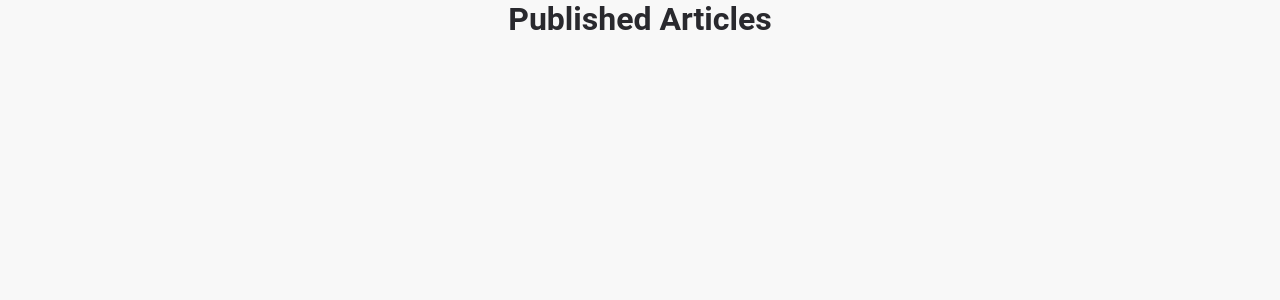
Repository: batmit/publish_articles
Page: /articles
The author's editor kept a copy of each file at every save. The page is drawn from the files as they stood at one save, then again after the next save.
The browser window is 1280 px wide. The pictures show the whole page.
The project was rebuilt for these pictures with package versions that can differ from the ones it lists, and the page was loaded fresh each time. Also part of the build but not shown: src/styles/Home.scss, src/pages/Home.tsx, src/pages/publish_articles.tsx.

Above is the page before, as saved 2021-06-28 22:01:26.

After the next save:
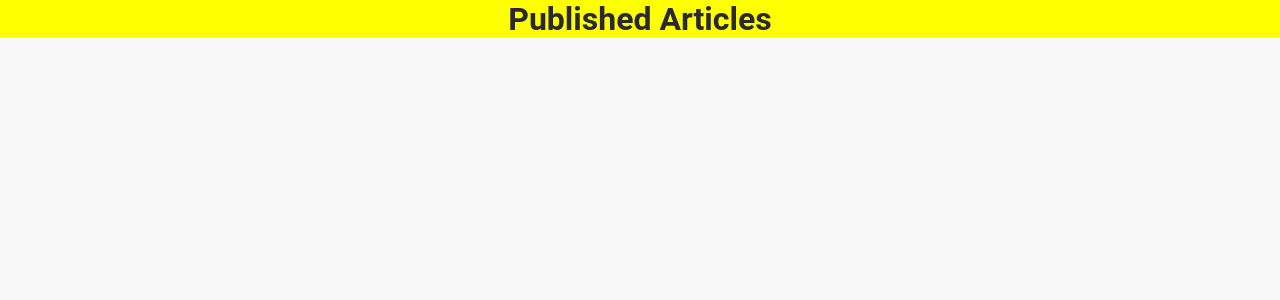
Saved 17 s later.
--- a/src/styles/global.scss
+++ b/src/styles/global.scss
@@ -17,4 +17,5 @@ header {
     text-align: center;
     justify-content: center;
     align-items: center;
+    background: yellow;
 }
